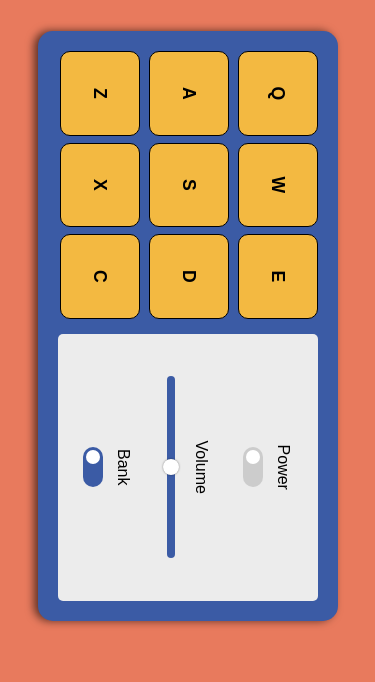
Repository: alfredoleano/drum-machine
Page: /
An editor plug-in stored every save of this project. The page is shown before and after the next save, followed by the edit.
The browser window is 375 px wide. The pictures show the whole page.
The project was rebuilt for these pictures with package versions that can differ from the ones it lists, and the page was loaded fresh each time.

Above is the page before, as saved 2024-06-14 13:23:41.

After the next save:
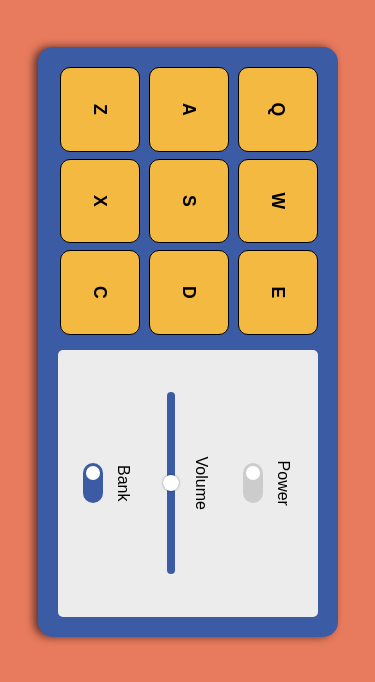
Saved 76 s later.
--- a/src/styles.scss
+++ b/src/styles.scss
@@ -274,7 +274,7 @@ input[type="range"]::-ms-track {
     width: 85vh; /* Adjusted width to fit within viewport height when rotated */
     height: 80vw; /* Adjusted height to fit within viewport width when rotated */
     left: 50%; /* Centers the element horizontally */
-    top: 37%;  /* Centers the element vertically */
+    top: 39%;  /* Centers the element vertically */
     transform: translate(-50%, -50%) rotate(90deg); /* Adjusts positioning and rotates */
     transform-origin: center center;
   }
